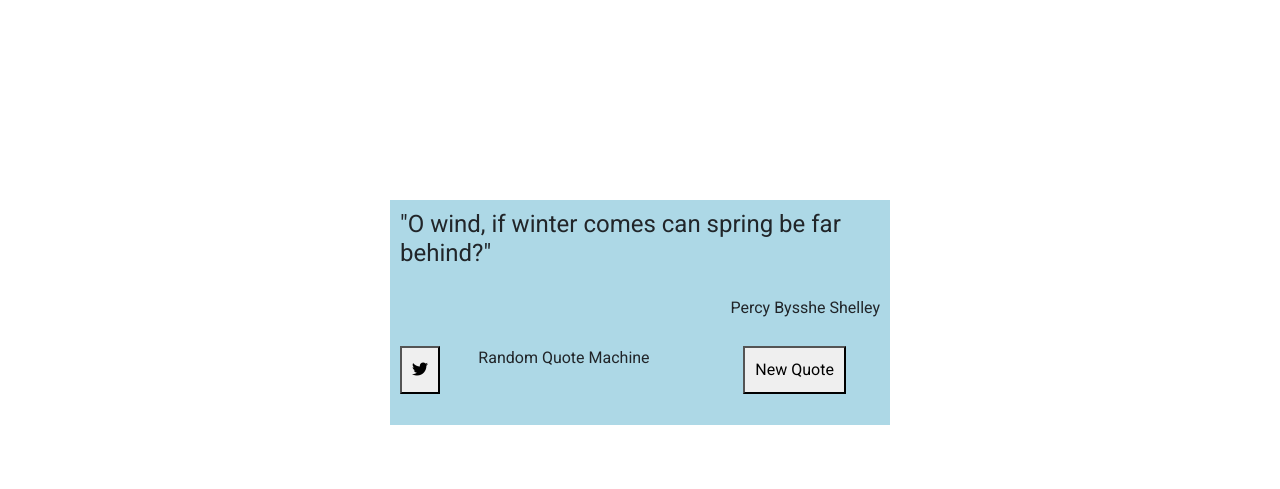
Repository: derektypist/random-quote-machine
Page: index.html
The author's editor kept a record of every edit. The page is drawn from the files as they stood at one moment, then again after the next edit.
The browser window is 1280 px wide. The pictures show the whole page.
Some web libraries are served in a nearby version.

Above is the page before.

### index.html
<!DOCTYPE html>
<html lang="en">

<head>
    <meta charset="UTF-8">
    <meta name="viewport" content="width=device-width, initial-scale=1.0">
    <meta http-equiv="X-UA-Compatible" content="ie=edge">
    <title>Random Quote Machine</title>
    <!-- Load Style Sheets -->
    <link rel="stylesheet" href="https://maxcdn.bootstrapcdn.com/bootstrap/4.4.1/css/bootstrap.min.css" integrity="sha384-Vkoo8x4CGsO3+Hhxv8T/Q5PaXtkKtu6ug5TOeNV6gBiFeWPGFN9MuhOf23Q9Ifjh" crossorigin="anonymous">
    <link rel="stylesheet" href="https://use.fontawesome.com/releases/v5.8.1/css/all.css" integrity="sha384-50oBUHEmvpQ+1lW4y57PTFmhCaXp0ML5d60M1M7uH2+nqUivzIebhndOJK28anvf" crossorigin="anonymous">
    <link href="https://fonts.googleapis.com/css?family=Roboto&display=swap" rel="stylesheet">
    <style>
        /* Quote Box */

        #quote-box {
            font-family: "Roboto", Arial, Verdana, sans-serif;
            background-color: lightblue;
            display: block;
            position: relative;
            top: 200px;
            height: 225px;
            width: 500px;
            margin: auto;

        }

        #text {
            padding: 10px;
        }

        #author {
            text-align: right;
            padding: 10px;
        }

        #tweet-quote {
            padding: 10px;
        }

        #tweet-quote button {
            text-align: center;
            padding: 10px;

        }

        #tweet-quote:hover button {
            background-color: orange;
        }

        #new-quote {
            padding: 10px;
        }
    </style>

    <!-- Load Scripts -->
    <script src="https://ajax.googleapis.com/ajax/libs/jquery/3.4.1/jquery.min.js"></script>
    <script>
        function displayNewQuote() {
            // Set Up Random Index

            let randomIndex = Math.floor(Math.random() * 13);

            // Set Up Constants noting use of Literals

            const possibleText = ["\"Hope smiles from the threshold of the year to come whispering.  It will be happier.\"",
                "\"O wind, if winter comes can spring be far behind?\"",
                "\"Spring is nature's way of saying 'Let's Party'.\"",
                "\"Sweet April showers do spring May Flowers.\"",
                "\"As full of spirit as the month of May, and as gorgeous as the sun in Midsummer.\"",
                "\"There are two seasons in Scotland: June and Winter.\"",
                "\"People don't notice whether it's winter or summer when they're happy.\"",
                "\"Summer Afternoon---summer afternoon; to me those have always been the first two beautiful words in the English Language.\"",
                "\"Autumn is a second spring when every leaf is a flower.\"",
                "\"In seed time learn, in harvest teach, in winter enjoy.\"",
                "\"Winter is the time for comfort, for good food and warmth, for the touch of a friendly hand and a talk beside the fire: it is time for home.\"",
                "\"Thank you for your kind words.\"",
                "\"It looks as though you had a great time Derek.\""
            ];
            const text = possibleText[randomIndex];
            const possibleAuthors = ["Alfred Lord Tennyson",
                "Percy Bysshe Shelley",
                "Robin Williams",
                "Thomas Tusser",
                "William Shakespeare",
                "Billy Connolly",
                "Anton Chekhov",
                "Henry James",
                "Albert Camus",
                "William Blake",
                "Edith Sitwell",
                "Daphne Pink",
                "Andrea Harrison"
            ];
            const author = possibleAuthors[randomIndex];

            // Display text and author in the Browser Window
            document.getElementById("text").innerHTML = text;
            document.getElementById("author").innerHTML = author;
        }

        $(document).ready(displayNewQuote);
    </script>

</head>

<body>
    <!-- Set Up Quote Box -->
    <article id="quote-box">
        <h4 id="text"></h4>
        <p id="author"></p>

        <!-- Set Up Row -->
        <article class="row">
            <!-- Set Up Article for Tweet Quote Button -->
            <article class="col-sm-2">
                <a href="https://www.twitter.com/intent/tweet/#text" target="_blank" title="Tweet" id="tweet-quote"><button type="button"><i class="fab fa-twitter"></i></button></a>
            </article>

            <!-- Display Title (Random Quote Machine) -->
            <article class="col-sm-6">
                <p>Random Quote Machine</p>
            </article>

            <!-- Set Up Article for New Quote Button -->
            <article class="col-sm-4">
                <button onclick="displayNewQuote()" title="New Quote" id="new-quote">New Quote</button>
            </article>

        </article>



    </article>


    <!-- Set Up Script -->
    <script>
        // Define Function to Display New Quote

        function displayNewQuote() {
            // Set Up Random Index

            let randomIndex = Math.floor(Math.random() * 13);

            // Set Up Constants noting use of Literals

            const possibleText = ["\"Hope smiles from the threshold of the year to come whispering.  It will be happier.\"",
                "\"O wind, if winter comes can spring be far behind?\"",
                "\"Spring is nature's way of saying 'Let's Party'.\"",
                "\"Sweet April showers do spring May Flowers.\"",
                "\"As full of spirit as the month of May, and as gorgeous as the sun in Midsummer.\"",
                "\"There are two seasons in Scotland: June and Winter.\"",
                "\"People don't notice whether it's winter or summer when they're happy.\"",
                "\"Summer Afternoon---summer afternoon; to me those have always been the first two beautiful words in the English Language.\"",
                "\"Autumn is a second spring when every leaf is a flower.\"",
                "\"In seed time learn, in harvest teach, in winter enjoy.\"",
                "\"Winter is the time for comfort, for good food and warmth, for the touch of a friendly hand and a talk beside the fire: it is time for home.\"",
                "\"Thank you for your kind words.\"",
                "\"It looks as though you had a great time Derek.\""
            ];
            const text = possibleText[randomIndex];
            const possibleAuthors = ["Alfred Lord Tennyson",
                "Percy Bysshe Shelley",
                "Robin Williams",
                "Thomas Tusser",
                "William Shakespeare",
                "Billy Connolly",
                "Anton Chekhov",
                "Henry James",
                "Albert Camus",
                "William Blake",
                "Edith Sitwell",
                "Daphne Pink",
                "Andrea Harrison"
            ];
            const author = possibleAuthors[randomIndex];

            // Display text and author in the Browser Window
            document.getElementById("text").innerHTML = text;
            document.getElementById("author").innerHTML = author;
        }
    </script>
</body>

</html>

After the next edit:
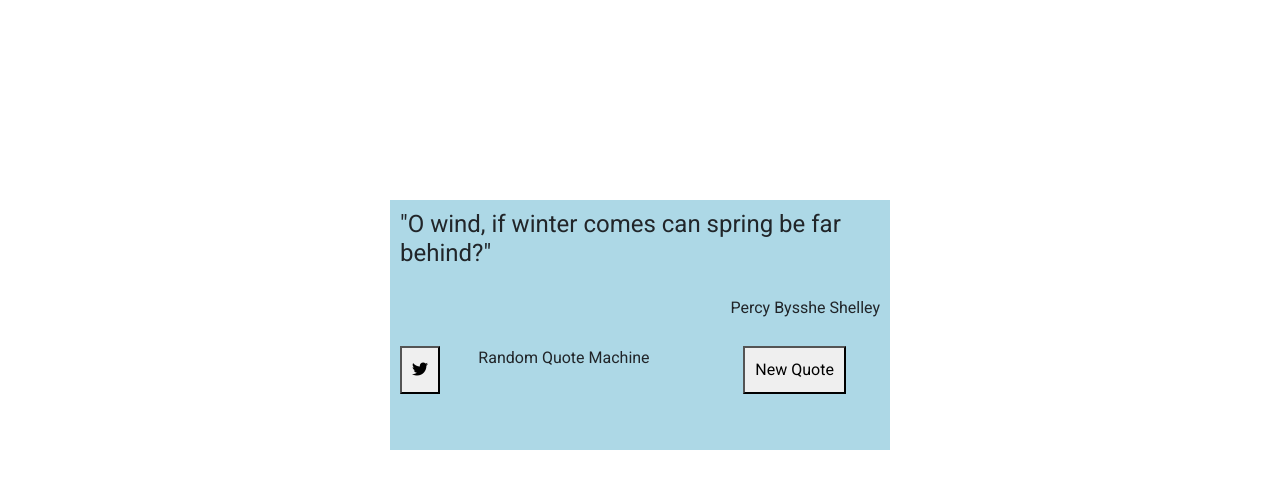
The edit:
--- a/index.html
+++ b/index.html
@@ -19,7 +19,7 @@
             display: block;
             position: relative;
             top: 200px;
-            height: 225px;
+            height: 250px;
             width: 500px;
             margin: auto;
 
